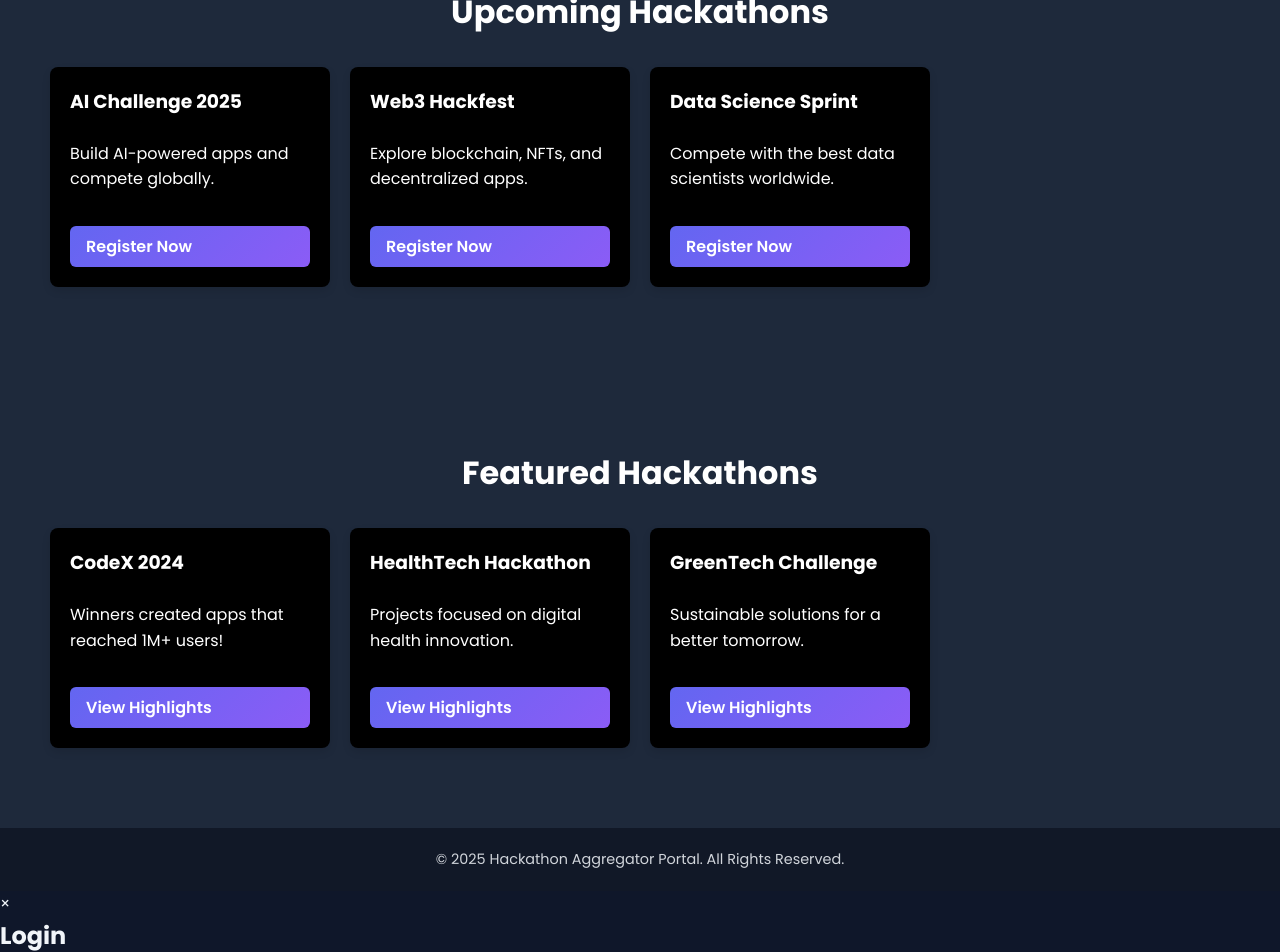
Repository: masihuddin-tech/Hackathon-Project
Page: index.html
The author's editor kept a copy of each file at every save. The page is drawn from the files as they stood at one save, then again after the next save.
The browser window is 1280 px wide. The pictures show the part of the page from y = 814 to 1766 px (the page is 1885 px tall).
Backgrounds fixed to the window are drawn as part of the page.

Above is the page before, as saved 2025-09-04 10:42:06.
Not found: app.js

After the next save:
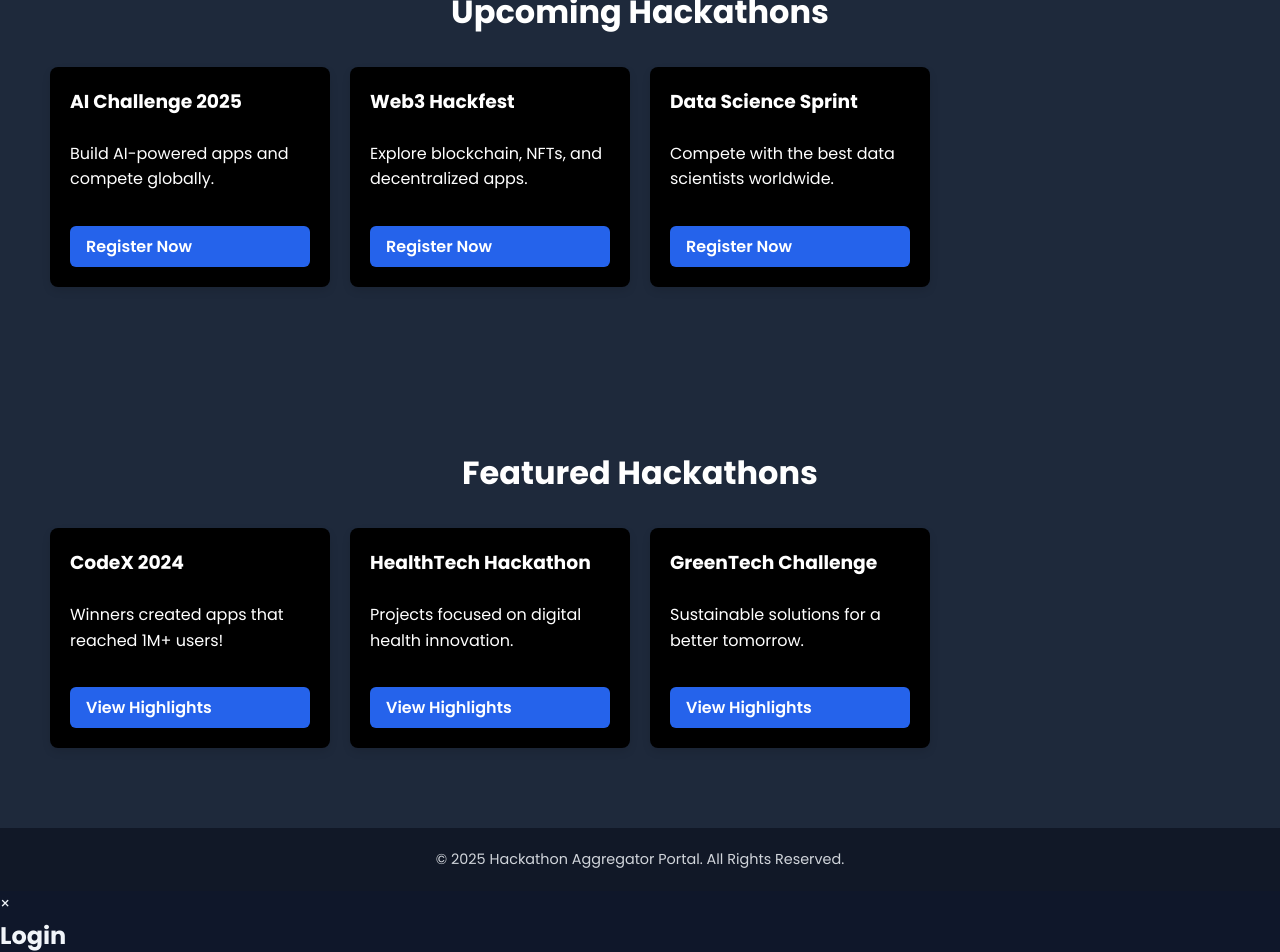
Saved 4 s later.
--- a/style.css
+++ b/style.css
@@ -210,7 +210,7 @@
   display: inline-block;
   margin-top: 10px;
   padding: 8px 16px;
-  background: linear-gradient(135deg, #6366f1, #8b5cf6);   /* 🔵 rich blue background */
+  background: #2563eb;   /* 🔵 rich blue background */
   color: white;
   font-weight: 600;
   border-radius: 6px;
@@ -219,8 +219,8 @@
 }
 
 .card a:hover {
+  background: #1e40af;   /* darker blue on hover */
   transform: scale(1.05); /* slight zoom effect */
-  background: linear-gradient(135deg, #6366f1, #8b5cf6);   /* darker blue on hover */
 }
 
 

After the 2 saves that followed:
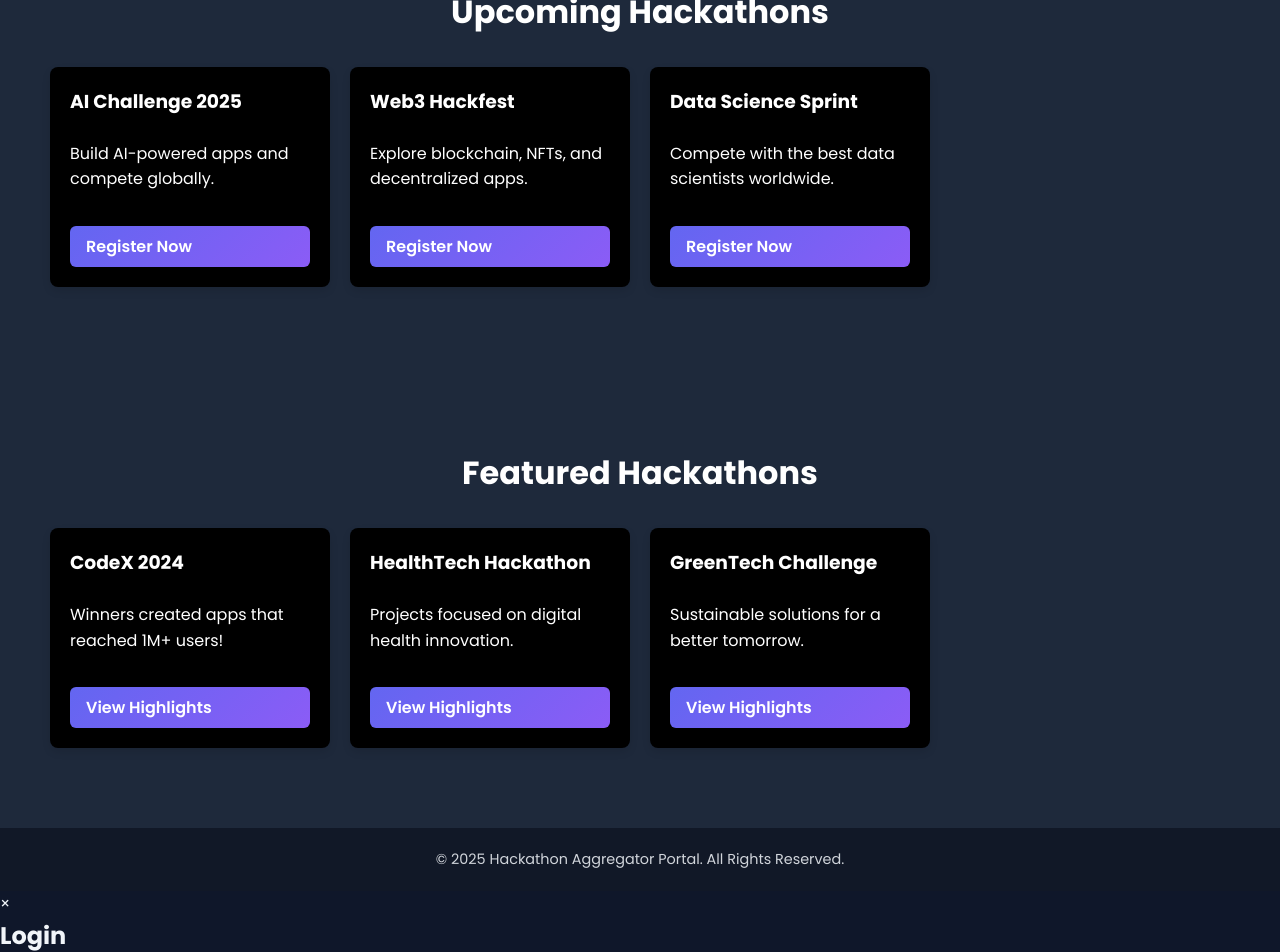
The 2 saves are shown as one change because they came seconds apart.
The last was saved 7 s later.
--- a/style.css
+++ b/style.css
@@ -210,7 +210,7 @@
   display: inline-block;
   margin-top: 10px;
   padding: 8px 16px;
-  background: #2563eb;   /* 🔵 rich blue background */
+  background: linear-gradient(135deg, #6366f1, #8b5cf6);   /* 🔵 rich blue background */
   color: white;
   font-weight: 600;
   border-radius: 6px;
@@ -219,7 +219,7 @@
 }
 
 .card a:hover {
-  background: #1e40af;   /* darker blue on hover */
+  background: linear-gradient(135deg, #6366f1, #8b5cf6);   /* darker blue on hover */
   transform: scale(1.05); /* slight zoom effect */
 }
 
